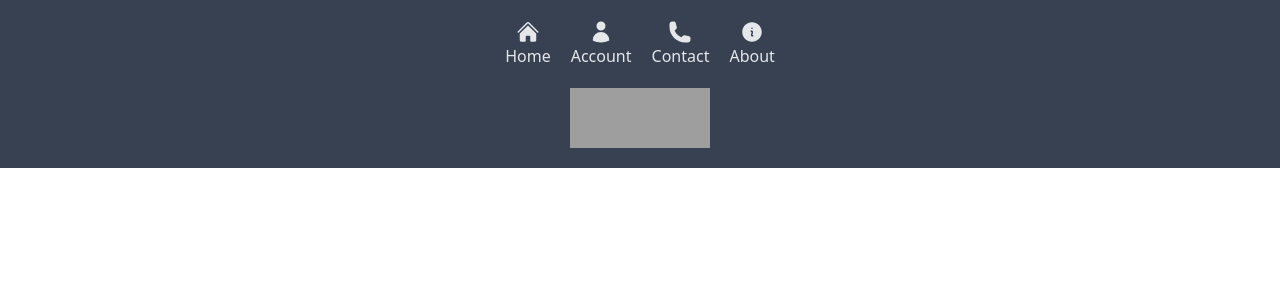
Repository: lyvandat/imdb-movie
Page: /
These files come from the project's save history. The page is drawn as it stood at one moment and after a run of saves; the edit follows.
The browser window is 1280 px wide. The pictures show the whole page.
Pictures or frames that could not be fetched are drawn as grey boxes. The project was rebuilt for these pictures with package versions that can differ from the ones it lists, and the page was loaded fresh each time. The framework's server and built-in components were replaced by stand-ins that run in the browser. Also part of the build but not shown: next.config.js.

Above is the page before, as saved 2022-10-04 10:32:11.

After the next 2 saves:
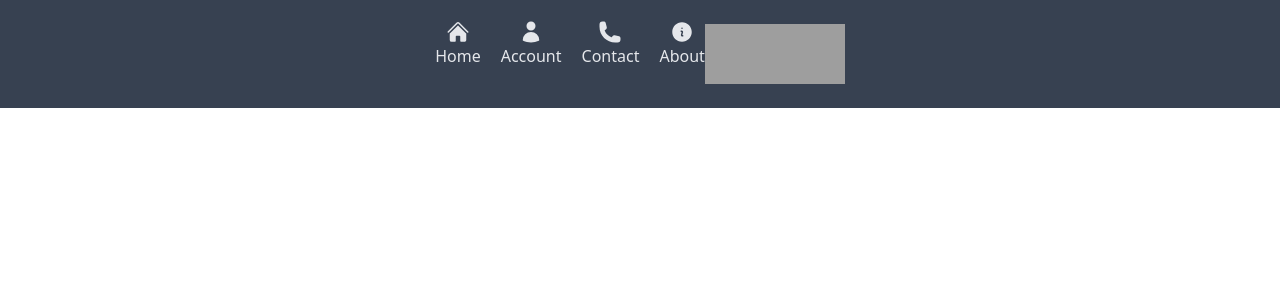
The 2 saves are shown as one change because they came seconds apart.
The last was saved 15 s later.
--- a/components/Header.js
+++ b/components/Header.js
@@ -12,7 +12,7 @@ import Link from "next/link";
 
 function Header() {
   return (
-    <section className="flex flex-col p-5 items-center sm:flex-col justify-center bg-gray-700 select-none text-gray-200 ">
+    <section className="flex flex-col p-5 items-center sm:flex-row sm:justify-center bg-gray-700 select-none text-gray-200 ">
       <ul className="flex space-x-5 mb-5">
         <li className="flex flex-col items-center hover:text-white active:text-red-500">
           <HomeIcon className="h-6" />
